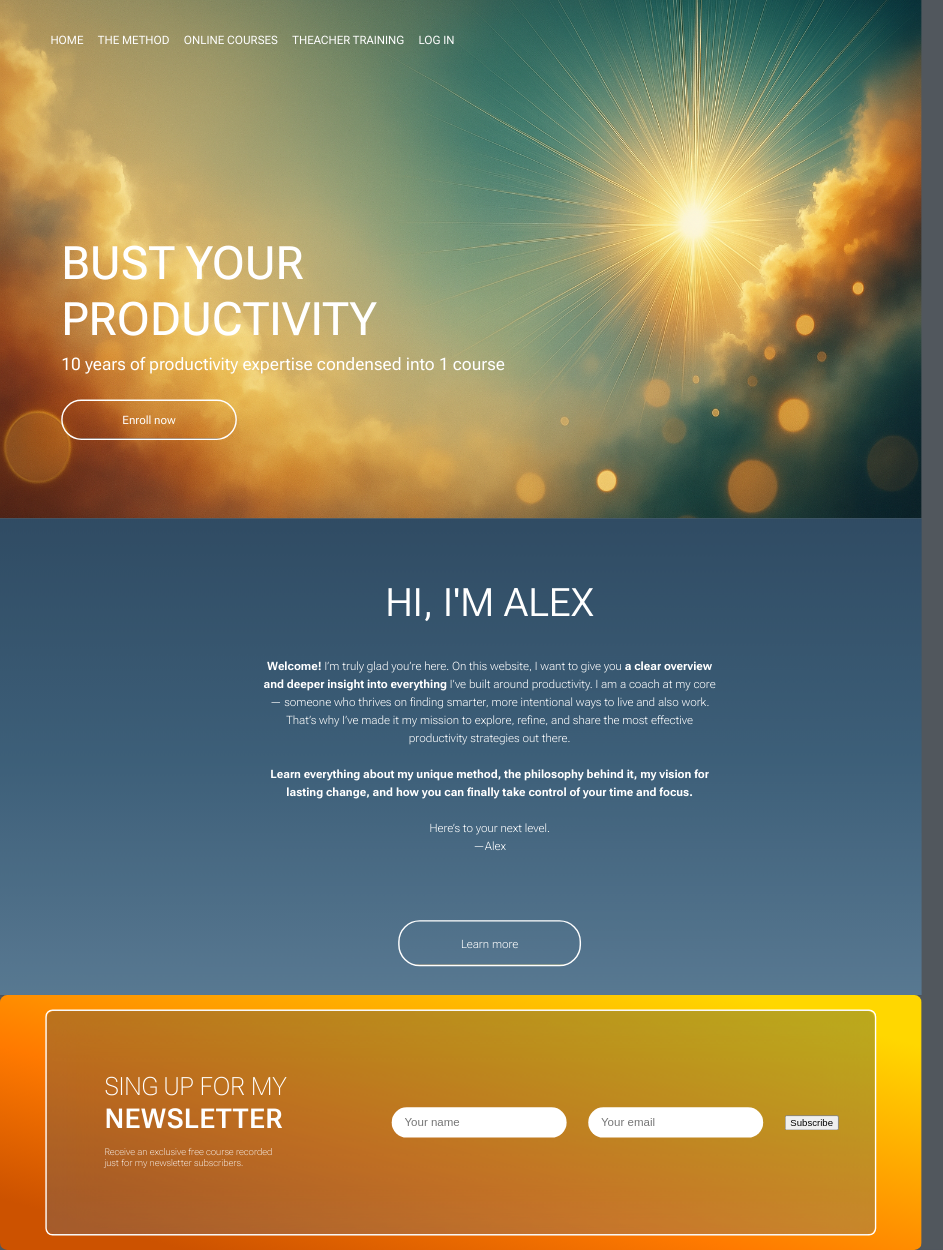
Repository: Parnicoza/testecomplete
Page: Productivity.copie.html
These files come from the project's save history. The page is drawn as it stood at one moment and after the next save; the edit follows.
The browser window is 1280 px wide. The page is 1310 px wide, so the pictures cover 1310 px, including what lies to the right of the window. The pictures show the whole page, at 72% of full size.

Above is the page before, as saved 2025-05-29 12:55:16.

After the next save:
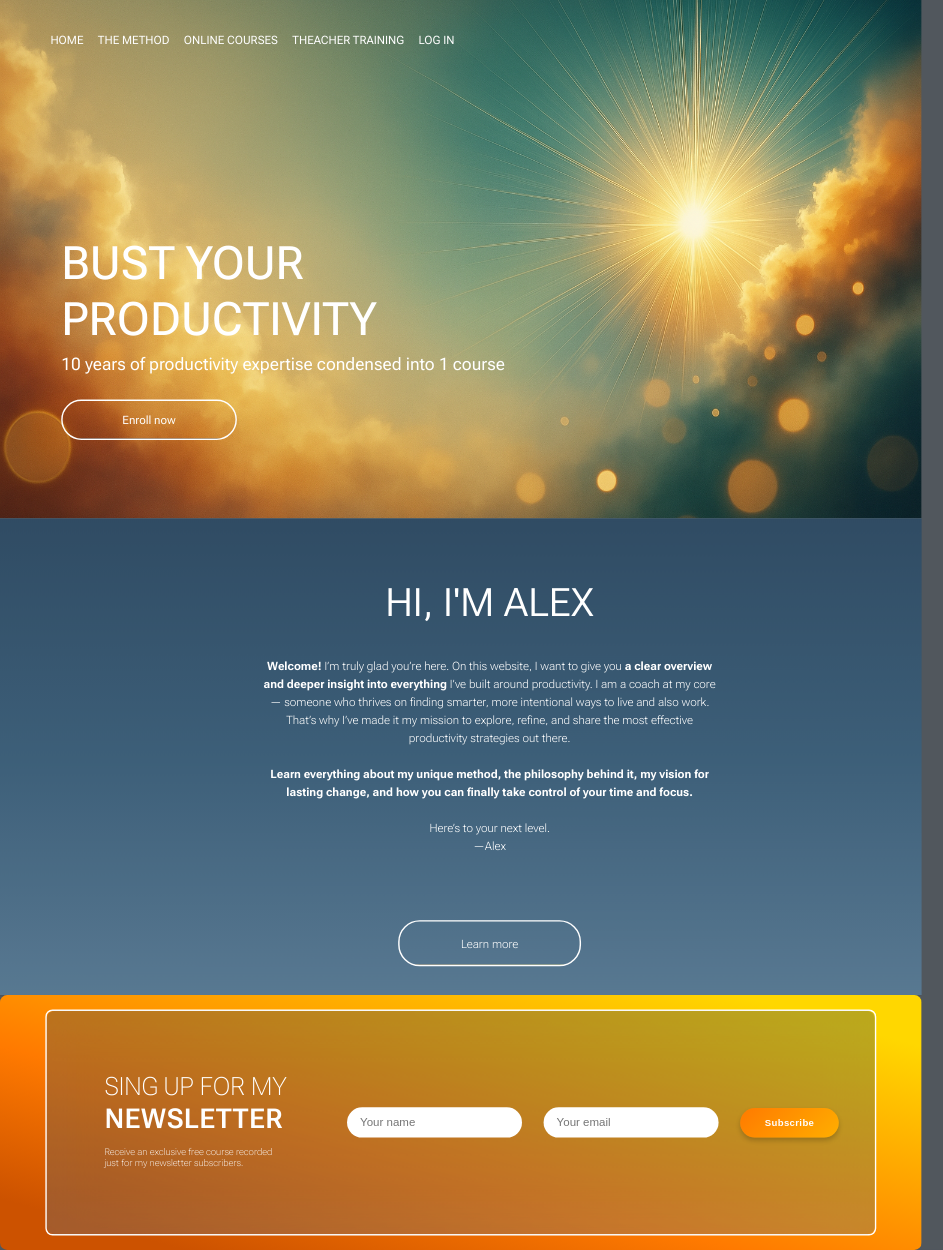
Saved 115 s later.
--- a/peoductivitate.css
+++ b/peoductivitate.css
@@ -319,3 +319,24 @@ form {
     margin-top: 50px;      /* pushes the button down a bit */
     margin-bottom: 40px;   /* optional bottom spacing */
 }
+
+.newsletter-form-row button{
+    padding: 13px 34px;
+    border-radius: 25px;
+    background: linear-gradient(135deg,#ff7a00 0%, #ffae00 100%);
+    border: none;
+    color: #ffffff;
+    font-weight: 600;
+    letter-spacing: 0.5px;
+    cursor: pointer;
+    transition: transform 0.2s ease, box-shadow 0.2s ease;
+    box-shadow: 0 4px 8px rgba(0,0,0,0.2);
+}
+.newsletter-form-row button:hover{
+    transform: translateY(-3px);
+    box-shadow: 0 6px 12px rgba(0,0,0,0.25);
+}
+.newsletter-form-row button:active{
+    transform: translateY(-1px);
+    box-shadow: 0 3px 6px rgba(0,0,0,0.2);
+}
